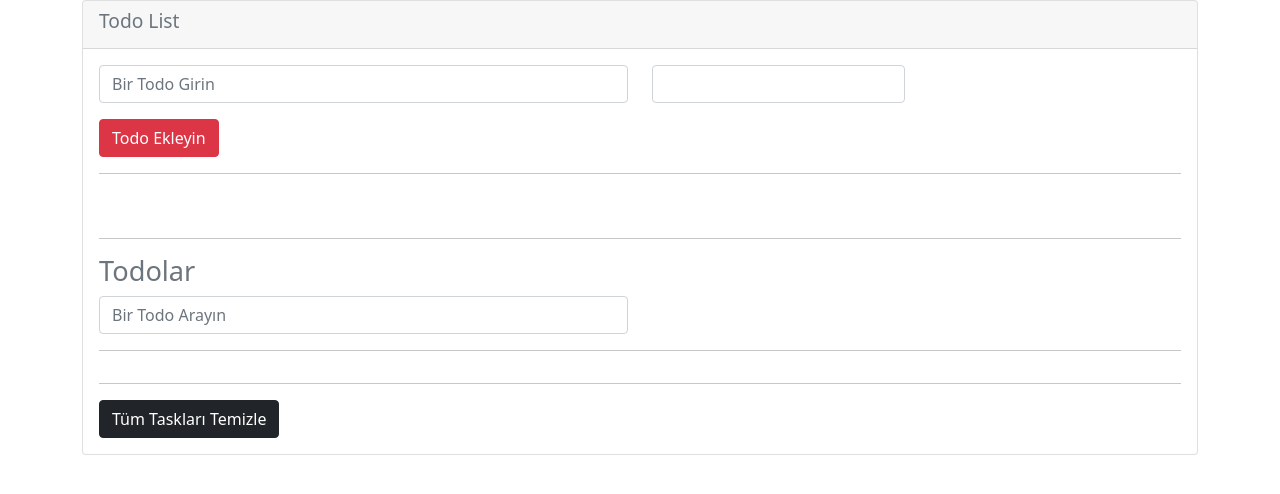
Repository: MammadovKamran/TodoList
Page: Todo List/todoList.html
The author's editor kept a copy of each file at every save. The page is drawn from the files as they stood at one save, then again after a run of saves.
The browser window is 1280 px wide. The pictures show the whole page.
Some web libraries are served in a nearby version.

Above is the page before, as saved 2021-11-25 16:03:47.

### Todo List/todoList.html
<!DOCTYPE html>
<html lang="en">

<head>
  <meta charset="UTF-8" />
  <meta http-equiv="X-UA-Compatible" content="IE=edge" />
  <meta name="viewport" content="width=device-width, initial-scale=1.0" />
  <!-- Bootstrap Icons -->
  <link href="https://cdn.jsdelivr.net/npm/bootstrap@5.1.0/dist/css/bootstrap.min.css" rel="stylesheet" crossorigin="anonymous" />
  <!-- Bootstrap CSS -->

<link rel="stylesheet" href="https://cdn.jsdelivr.net/npm/bootstrap-icons@1.7.1/font/bootstrap-icons.css" crossorigin="anonymous">
  <title>Document</title>

  <style>
    ::selection {
      background-color: yellow;
    }
    .text-muted {
      font-size: 1.2rem;
    }
  </style>

</head>

<body>
  <div class="container">
    <div class="card">
      <div class="card-header">
        <h1 class="text-muted" >Todo List</h1>
      </div>
      <div class="card-body">
        <div class="row">
          <div class="col-sm-6">
            <form action="#" class="form-group" id="todo-form">
              <input class="form-control" type="text" name="todo-input" placeholder="Bir Todo Girin"
                aria-label="default input example" id="todo-input" />
              <button type="submit" class="btn btn-danger mt-3">
                Todo Ekleyin
              </button>

          </div>
          <div class="col-sm-3">
              <div class="form-group">
                <select name="todo" id="todo" title="todo-selector" class="form-control">
                    <option value="gym">Gym</option>
                    <option value="shop">Shop</option>
                    <option value="edu">Education</option>
                </select>
              </div>
          </div>
          </form>
          <div class="col-sm-12">
            <hr id="hr-unknown" />
        </div>
      </div>


    </div>
      <div class="card-body">
        <div class="row">
          <div class="col-sm-12">
            <hr />
          </div>
          <h2 class="text-muted" style="font-size: 1.7rem">Todolar</h2>
          <div class="col-sm-6">
            <form action="#" class="form-group">
              <input id="filter" class="form-control" type="text" placeholder="Bir Todo Arayın" aria-label="filter" />
            </form>
          </div>
          <div class="col-sm-12">
            <hr />
            <ul class="list-group">
                    <!-- <li class="list-group-item d-flex text-danger justify-content-between">
                 paramsTodo
                 <a href="#">
                 <i class="bi bi-file-x"></i>
                 </a>
          </li> -->
            </ul>
            <hr />
          </div>
        </div>
        <button class="btn btn-dark" id="clear-todos">
          Tüm Taskları Temizle
        </button>
      </div>
  </div>
  <script src="./app.js"></script>
</body>

</html>

### Todo List/app.js
let form = document.getElementById('todo-form');
let todoInput = document.getElementById('todo-input');
let todoSelector = document.getElementById('todo');
let cardBody1 = document.querySelectorAll('.card-body')[0];
let cardBody2 = document.querySelectorAll('.card-body')[1];
let todoList = document.querySelector('.list-group');

eventListeners();

function eventListeners() {
  form.addEventListener('submit', formValidation);
  todoSelector.addEventListener('change', filterChangeAbleTodo);
  cardBody2.addEventListener('click', deleteTodosFromUI$Str);
  document.addEventListener('DOMContentLoaded', getSelectedTodosFromStorage);
}

function formValidation(e) {
  let newTodo = todoInput.value.trim();
  let newSelect = todoSelector.value;

  if (newTodo === '') {
    displayMessage('danger', 'Todo daxil edin!!!');
  } else {
    displayMessage('primary', `${newTodo} daxil edildi...`);
    addTodo(newTodo);
    addTodosToStorage(newSelect, newTodo);
  }

  e.preventDefault();
}

function displayMessage(type, content) {
  let div = document.createElement('div');
  div.className = `alert alert-${type}`;
  div.textContent = content;

  cardBody1.appendChild(div);

  setTimeout(function () {
    div.remove();
  }, 2000);
}

function addTodo(nextTodo) {
  if (
    todoList.firstElementChild !== null &&
    todoList.firstElementChild.className === 'alert alert-danger'
  ) {
    todoList.removeChild(todoList.firstElementChild);
  }

  todoList.innerHTML += `

            <li class="list-group-item d-flex text-danger justify-content-between">
                 <b>${nextTodo}</b>
                 <a href="#">
                    <i class="bi bi-file-x"></i>
                 </a>
          </li>

    `;

  todoInput.value = '';
}

function getTodosFromStorage(params2key) {
  let todos;
  if (localStorage.getItem(params2key) === null) {
    todos = [];
  } else {
    todos = JSON.parse(localStorage.getItem(params2key));
  }
  return todos;
}

function addTodosToStorage(params1key, paramsValue) {
  let todos = getTodosFromStorage(params1key);
  todos.push(paramsValue);
  localStorage.setItem(params1key, JSON.stringify(todos));
}

function filterChangeAbleTodo() {
  let newSelect = todoSelector.value;
  localStorage.setItem('selector', newSelect);
  let todos = getTodosFromStorage(newSelect);

  while (todoList.firstElementChild !== null) {
    todoList.removeChild(todoList.firstElementChild);
  }

  if (todos && todos.length > 0) {
    todos.forEach(function (todo) {
      addTodo(todo);
    });
  } else {
    todoList.innerHTML = `
          <div class="alert alert-danger">there is no any task</div>

        `;
  }
}

function getSelectedTodosFromStorage() {
  todoSelector.value = localStorage.getItem('selector');
  let newSelector = todoSelector.value;
  getTodosFromStorage(newSelector).forEach(function (select) {
    addTodo(select);
  });
}

function deleteTodosFromUI$Str(e) {
  if (e.target.className === 'bi bi-file-x') {
    e.target.parentElement.parentElement.remove();
    let content =
      e.target.parentElement.parentElement.firstElementChild.textContent.trim();
    deleteFromStr(content);
    if (todoList.firstElementChild === null) {
      todoList.innerHTML = `
            <div class="alert alert-danger">there is no any task</div>

        `;
    }
  }
}

function deleteFromStr(paramsContent) {
  let todos = getTodosFromStorage(localStorage.getItem('selector'));

  todos.forEach(function (todo, index) {
    if (todo === paramsContent) {
      todos.splice(index, 1);
    }
  });
  localStorage.setItem(localStorage.getItem('selector'), JSON.stringify(todos));
}

After the next 4 saves:
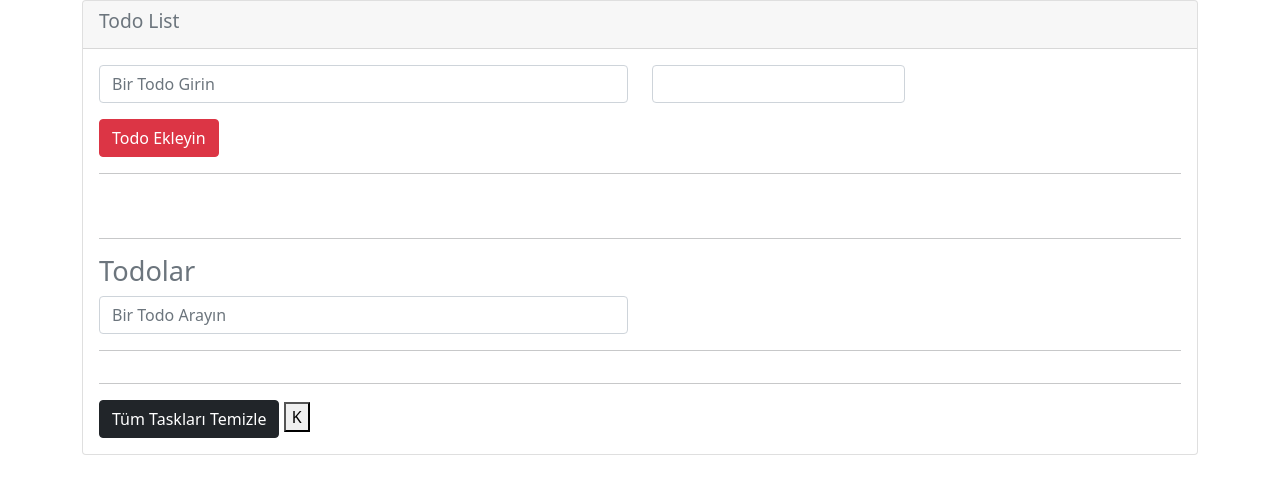
The 4 saves are shown as one change because they came seconds apart.
The last was saved 106 s later.
--- a/Todo List/todoList.html
+++ b/Todo List/todoList.html
@@ -84,6 +84,7 @@
         <button class="btn btn-dark" id="clear-todos">
           Tüm Taskları Temizle
         </button>
+        <button>K</button>
       </div>
   </div>
   <script src="./app.js"></script>
